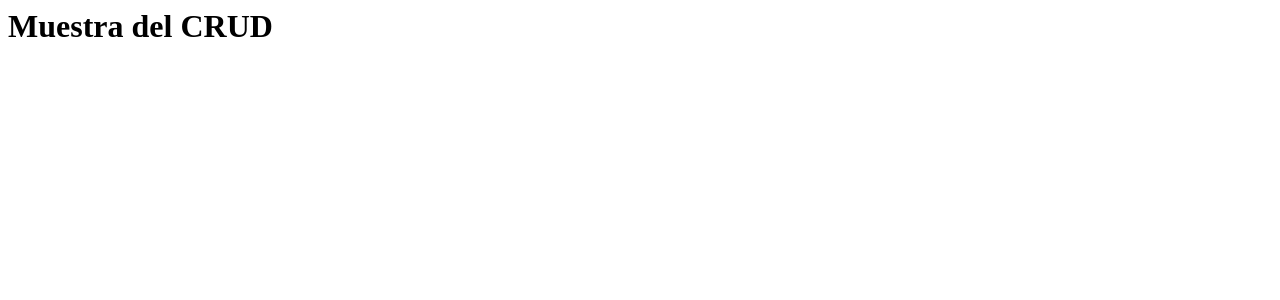
Repository: FlamesAlejandro/basicYii
Page: http://localhost/views/libro/lista.php
The author's editor kept a copy of each file at every save. The page is drawn from the files as they stood at one save, then again after the next save.
The browser window is 1280 px wide. The pictures show the whole page.
The page is run by PHP 8.4 with error messages shown; the project is at /var/www/html/.

Above is the page before, as saved 2022-08-28 02:07:47.

### views/libro/lista.php
<?php

use yii\helpers\Html;
use yii\widgets\LinkPager;

?>

<h1> Muestra del CRUD </h1>

<div class="row">

    <div class="col-xs-3 col-sm-3 col-md-3 col-lg-3">
        <a href="#" class="thumbnail">
            <img data-src="#" alt="">
        </a>
    </div>

</div>

After the next save:
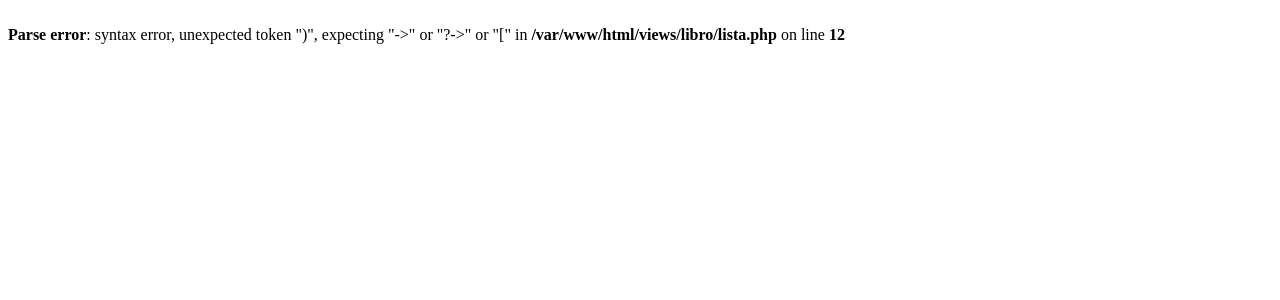
Saved 6 min 1 s later.
--- a/views/libro/lista.php
+++ b/views/libro/lista.php
@@ -9,10 +9,14 @@ use yii\widgets\LinkPager;
 
 <div class="row">
 
+<?php foreach ($libros as libro): ?>
+
     <div class="col-xs-3 col-sm-3 col-md-3 col-lg-3">
         <a href="#" class="thumbnail">
             <img data-src="#" alt="">
         </a>
     </div>
 
+<?php endforeach; ?>
+
 </div>
